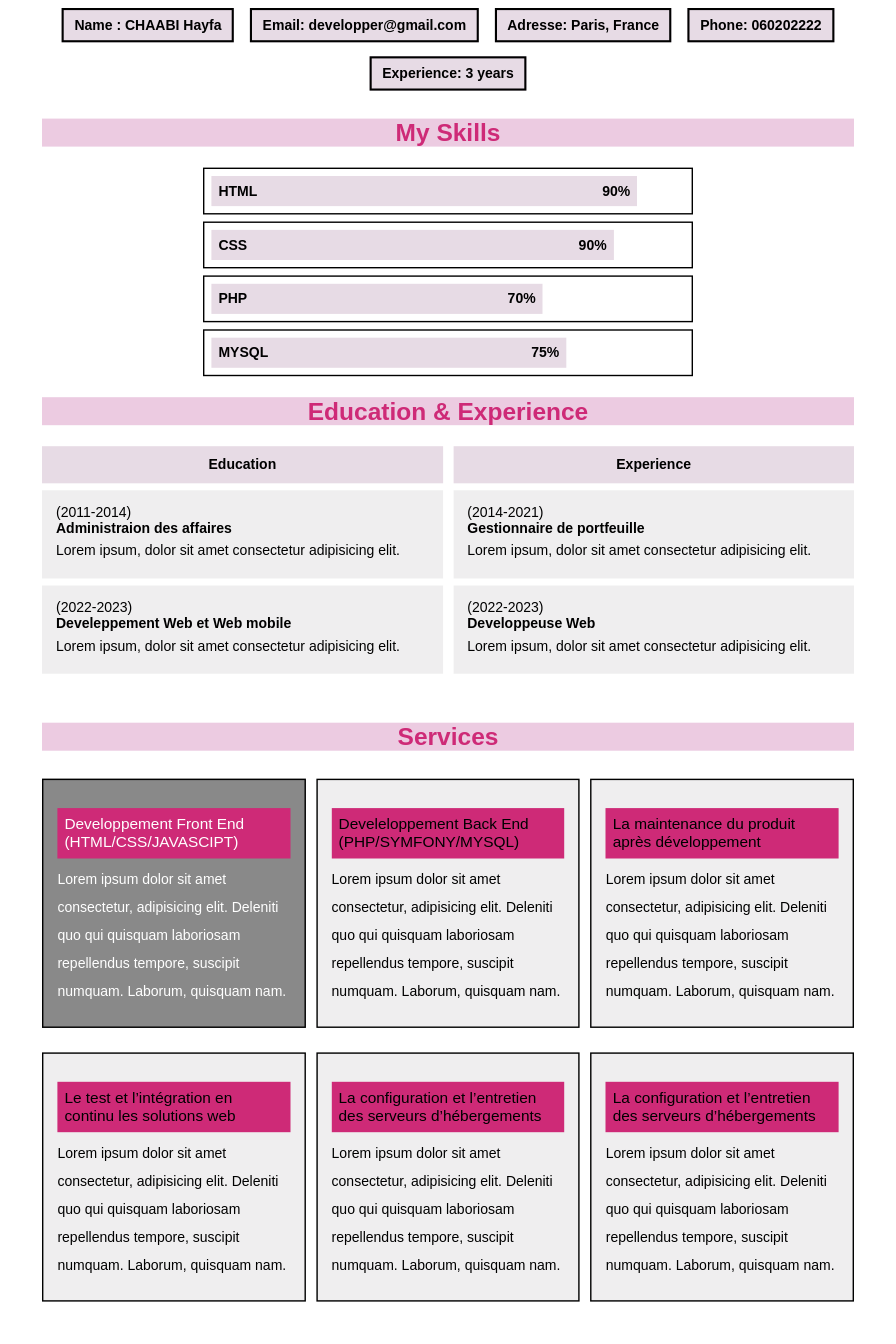
Repository: haifabilel/portfolio_project
Page: http://localhost/
An editor plug-in stored every save of this project. The page is shown before and after the next save, followed by the edit.
The browser window is 1280 px wide. The pictures show the part of the page from y = 758 to 2678 px (the page is 2678 px tall), at 70% of full size.
The pointer rests on the first visible `.services .box-container .box`.
Some web fonts or font styles are not loaded; a fallback is used. The page is run by PHP 8.4 with error messages shown; the project is at /var/www/html/.

Above is the page before, as saved 2023-09-17 14:38:52.

### index.php
<!DOCTYPE html>
<html lang="fr">
<head>
    <meta charset="UTF-8">
    <meta name="viewport" content="width=device-width, initial-scale=1.0">
    <title>Portfolio</title>
    <!-- Font awesome cdn -->
    <link rel="stylesheet" href="https://cdnjs.cloudflare.com/ajax/libs/font-awesome/6.4.2/css/all.min.css">
    <!-- css link -->
    <link rel="stylesheet" href="css/style.css"
</head>
<body>
<!-- Header Section Starts -->
<header class="header">
<div id="menu-btn" class="fas fa-bars"></div>

    <a href="#home" class="logo">
       <img src="asset/logo.png" class="logo" alt="image-logo">
    </a>
<nav class="navbar">
    <a href="#home"class="active">Home</a>
    <a href="#about">About me</a>
    <a href="#portfolio">portfolio</a>
    <a href="#contact">Contact me</a>
</nav>
<div class="follow">
<a href="#" class="fab fa-facebook"></a>
<a href="#" class="fab fa-twitter"></a>
<a href="#" class="fab fa-instagram"></a>
<a href="#" class="fab fa-linkedin"></a>
<a href="#" class="fab fa-github"></a>
</div>
</header>

<!-- Header Section Ends -->
<!-- Home Section Starts -->
<section class="home" id="home">
    <div class="image">
        <img src="asset/photo-femme.jpg" alt="photo-femme" class="image-profil" >
    </div>
 <div class="content">
    <h1>Welcome, i am hayfa</h1>
    <p class="developper">Web Developper</p>
    <p>Lorem, ipsum dolor sit amet consectetur adipisicing elit. Placeat in molestias fuga voluptatem qui reiciendis vero doloribus consequatur recusandae! Natus.</p>
    <a href="#about" class="btn">About me</a>
 </div>
</section>
<!-- Home Section Ends -->
<!-- about Section Starts -->
<section class="about"  id="about">
    <h2 class="myBio">Biography</h2>
    <div class="biography">
        <p>Lorem ipsum dolor sit amet consectetur adipisicing elit.
             Fugiat quas quis eius cupiditate ducimus ut id maxime sunt nobis magni? </p>
        <h3> Name : CHAABI Hayfa </h3>
        <h3> Email: developper@gmail.com </h3>
        <h3> Adresse: Paris, France </h3>
        <h3> Phone: 060202222 </h3>
        <h3> Experience: 3 years </h3>
    </div>
<div class="skills">
<h2 class="myskills">My Skills</h2>
<div class="progress">
    <div class="bar"><h3><span>HTML</span><span>90%</span></h3></div>
    <div class="bar"><h3><span>CSS</span><span>90%</span></h3></div>
    <div class="bar"><h3><span>PHP</span><span>70%</span></h3></div>
    <div class="bar"><h3><span>MYSQL</span><span>75%</span></h3></div>
</div>
</div>

<div class="education_experienes">
     <h2 class="myskills">Education & Experience</h2>
    <div class="row">
        <div class="box_container">
            <h3 class="titre">Education</h3>
            <div class="box">
                <span>(2011-2014)</span>
                <h4>Administraion des affaires</h4>
                <p>Lorem ipsum, dolor sit amet consectetur
                    adipisicing elit.</p>
            </div>

            <div class="box">
                <span>(2022-2023)</span>
                <h4>Develeppement Web et Web mobile</h4>
                <p>Lorem ipsum, dolor sit amet consectetur
                    adipisicing elit.</p>
            </div>
        </div>

        <div class="box_container">
            <h3 class="titre">Experience</h3>
            <div class="box">
                <span>(2014-2021)</span>
                <h4>Gestionnaire de portfeuille</h4>
                <p>Lorem ipsum, dolor sit amet consectetur
                    adipisicing elit.</p>
            </div>

            <div class="box">
                <span>(2022-2023)</span>
                <h4>Developpeuse Web</h4>
                <p>Lorem ipsum, dolor sit amet consectetur
                    adipisicing elit.</p>
            </div>
        </div>
    </div>
</div>
</section>
<!-- about Section Ends -->
<!-- Services Section starts -->
<section class="services" id="services">
<h2 class="myservice">Services</h2>
<div class="box-container">
    <div class="box">
        <h3>Developpement Front End (HTML/CSS/JAVASCIPT)</h3>
        <p>Lorem ipsum dolor sit amet consectetur, adipisicing elit. Deleniti quo qui quisquam laboriosam repellendus tempore,
            suscipit numquam. Laborum, quisquam nam.</p>
    </div>

    <div class="box">
        <h3>Develeloppement Back End (PHP/SYMFONY/MYSQL)</h3>
        <p>Lorem ipsum dolor sit amet consectetur, adipisicing elit. Deleniti quo qui quisquam laboriosam repellendus tempore,
            suscipit numquam. Laborum, quisquam nam.</p>
    </div>

    <div class="box">
        <h3>La maintenance du produit après développement</h3>
        <p>Lorem ipsum dolor sit amet consectetur, adipisicing elit. Deleniti quo qui quisquam laboriosam repellendus tempore,
            suscipit numquam. Laborum, quisquam nam.</p>
    </div>
    <div class="box">

        <h3>Le test et l’intégration en continu les solutions web</h3>
        <p>Lorem ipsum dolor sit amet consectetur, adipisicing elit. Deleniti quo qui quisquam laboriosam repellendus tempore,
            suscipit numquam. Laborum, quisquam nam.</p>
    </div>
    <div class="box">
        <h3>La configuration et l’entretien des serveurs d’hébergements</h3>
        <p>Lorem ipsum dolor sit amet consectetur, adipisicing elit. Deleniti quo qui quisquam laboriosam repellendus tempore,
            suscipit numquam. Laborum, quisquam nam.</p>
    </div>
    <div class="box">
        <h3>La configuration et l’entretien des serveurs d’hébergements</h3>
        <p>Lorem ipsum dolor sit amet consectetur, adipisicing elit. Deleniti quo qui quisquam laboriosam repellendus tempore,
            suscipit numquam. Laborum, quisquam nam.</p>
    </div>
</div>
</section>



<!-- Services Section ends -->











<script src="js/script.js"></script>
</body>
</html>

### css/style.css
@import url('https://fonts.googleapis.com/css2?family=Crimson+Text:wght@400;600&family=EB+Garamond:wght@400;500;600&family=Lora:ital@1&family=Nanum+Myeongjo:wght@400;700;800&family=Poppins:ital,wght@1,200;1,300;1,400;1,500&display=swap');
:root{
    --black:#000;
    -white:#fff;
    --pinkLight:#ce2a77;
    --pink:#8e6787;
    --light-bg:#eccbe1;
    --light-bg2:#dccad8ab;
    --border-bold:.4rem solid var(--pink);
    --box--shadow:7px 6px 5px 0px rgba(0,0,0,0.4);
}
*{
    font-family: 'EB Garamond', 'Arial',' sans-serif';
    margin: 0;
    padding:0;
    box-sizing: border-box;
    outline:none;
    border:none;
    text-decoration:none;

}
*{
    background-color: var(--white);

}
*::-webkit-scrollbar{
    height:.5rem;
    width:1rem;
   }
*::-webkit-scrollbar-track{
    background-color: transparent;
}
*::-webkit-scrollbar-thumb{
    background-color: var(--pink);
}
html{
    font-size:62.5%;
    overflow-x: hidden;
    scroll-behavior: smooth;
}
section{
    padding:3rem 2rem;
    margin:0 auto;
    max-width:1200px;
    text-align: center;

}
body{
margin: 20px;
 overflow: hidden;
 transition:.2s linear !important;
 text-align: center;
}
body.active{
  padding-left:35rem;
}

/* <!-- Body Section Ends --> */
/* <!-- Header Section Starts --> */
.header{
    position:fixed;
    top:0;left:-35rem;
    height:100vh;
    background-color:var(--white);
    border-right:var(--border-bold);
    width:35rem;
    padding:3rem 2rem;
    text-align:center;
    display: flex;
    align-items: center;
    justify-content: space-between;
    flex-flow: column;
    transition:.2s linear !important;
    text-align: center;

}
header .navbar{
    width: 100%;


}
header .navbar a{
    text-decoration: none;
    font-size: 2.5rem;
    padding:1.5rem;
    margin:3rem;
    display:block;

}
header .navbar a.active,
header .navbar a:hover{
 background-color: #f0aae46b;
 transform: scale(1.2);
}
.header .follow a{
    font-size:2.5rem;
    margin:0 1rem;
    color:#8a427d;
}
.header .follow a:hover{
    transform: scale(2.1);
}
#menu-btn{
   position: absolute;
   top:0; right:-5.5rem;
   height:4.5rem;
   line-height: 4.5rem;
   width:5rem;
   font-size: 3rem;
   cursor: pointer;
   color: var(--white);
}
.logo{
    margin-top: -30px;
    height: 190px;
}
header.active{
   left:0;
}
/* Header Section Ends */
 /* Home Section Starts  */
.home{
    margin-top:-70px;
    margin-bottom: -50px;
    display:flex;
    align-items: center;
    flex-wrap:wrap;
    gap:2rem;
    min-height: 100vh;
}
h1{
    font-size: 5rem;
    text-transform:capitalize;
}

.developper{
    color:#8a427d;
    font-size: 4rem;
}
p{
    font-size: 2rem;
}
.home .image img{
    height:45rem;
    padding:1rem;
    margin:30px;
    border :5px solid black;

}
.home .image{
    flex:1 1 40rem;
}
.home .content{
    flex:1 1 40rem;
}
.btn{
    display: inline-block;
    margin-top:1rem ;
    cursor: pointer;
    padding:1rem 3rem;
    background-color: #8a427d;
    color:#fff;
    border-radius: 5px;
    font-size: 2.5rem;
}
.btn:hover{
    transform: scale(1.1);
    transition: 0.5s;
}
/* Home Section Ends */
/* About section starts */
h2{

    margin-bottom:3rem;
    text-align: center;
    font-size: 3.5rem;
    color: var(--pinkLight);
    background-color: var(--light-bg);

}
h3{
    font-size: 2rem;
}
.biography p{
    margin:1rem auto;
    max-width:70rem;
    line-height:1.5rem;
    font-size:1.7rem;
    font-size: large;
}
.biography{
    margin-top: 1rem;
}
.biography h3{
    padding:1rem 1.5rem;
    display: inline-block;
    margin:1rem;
    background-color:var(--light-bg2);
    word-break:break-all;
    font-size:2rem;
    border:3px solid var(--black);
}
/* My Skills part starts */
.about .skills{
    margin:3rem 0;

}
.skills .progress{
  margin-top: 1rem;
}
.skills .progress .bar{
margin:1rem auto;
max-width: 70rem;
border:2px solid black;
padding:1rem;


}
.bar span{
 font-size: 2rem;
}
.skills .progress .bar h3{
    display: flex;
    align-items: center;
    justify-content: space-between;
    background-color: var(--light-bg2);
    padding: 1rem;
}
.skills .progress .bar:nth-child(1) h3{
   width:90%;
}
.skills .progress .bar:nth-child(2) h3{
    width:85%;
 }
 .skills .progress .bar:nth-child(3) h3{
    width:70%;
 }
 .skills .progress .bar:nth-child(4) h3{
    width:75%;
 }
 /* My Skills part ends */
 /* Education & Experience part starts */
 .education_experienes .row{
    display:flex;
    flex-wrap: wrap;
    gap:1.5rem;
 }
 .row .box_container{
   flex:1 1 40rem;
 }
 .box{
    text-align: left;
    margin:1rem 0;
    padding:2rem;
    background-color: #a9a4a92f;

 }
 .titre{
    padding: 1.5rem;
    font-size:2rem;
    background-color:var(--light-bg2);
 }
 .box h4{
    font-size:2rem;
 }
 .box span{
    font-size:2rem;
 }
/* About section ends */
/* Section SServices starts */
.services .box-container{
    display:grid;
    grid-template-columns: repeat(auto-fit, minmax(30rem,1fr));
    gap:1.5rem;
    align-items:flex-start;
}
.services .box-container .box{
 padding: 3rem 2rem;
 border: 2px solid black;
}
.services .box-container .box:hover{
    background-color: #00000076;
    color: white;
    box-shadow: var(--);
}

.box h3{
    margin:1rem 0;
    font-size:2.2rem;
    padding:1rem;
    background-color: var(--pinkLight);
    font-weight: normal;
}
.box p{
    line-height:2 ;
    font-size:2rem;
}

/* Section SServices ends */







/* media queries */
@media screen and (max-widht:991px){
    html{
        font-size: 55%;
    }
    body .active{
        padding-left: 0;
    }

}

@media screen and (max-widht:450px){

    html{
        font-size: 50%;
    }
    .header.active{
        padding-top:7rem;
    }
    #menu-btn.fa-times{
        right:0;
    }
    .home .image img{
     height:auto;
     width:100%;

    }

    .content h1{
        font-size:2rem;
    }
     h2{
        font-size: 1rem;
        margin-top:50px;
    }
   }

### js/script.js
let menu = document.querySelector('#menu-btn');
let header = document.querySelector('.header');

// Button toggle
menu.onclick = () =>{
   menu.classList.toggle('fa-times');
   header.classList.toggle('active');
   document.body.classList.toggle('active');
}

window.onscroll = () =>{
    if(window.innerWidth < 991){
        menu.classList.remove('fa-times');
        header.classList.remove('active') ;
        document.body.classList.remove('active');
    }
}

After the next save:
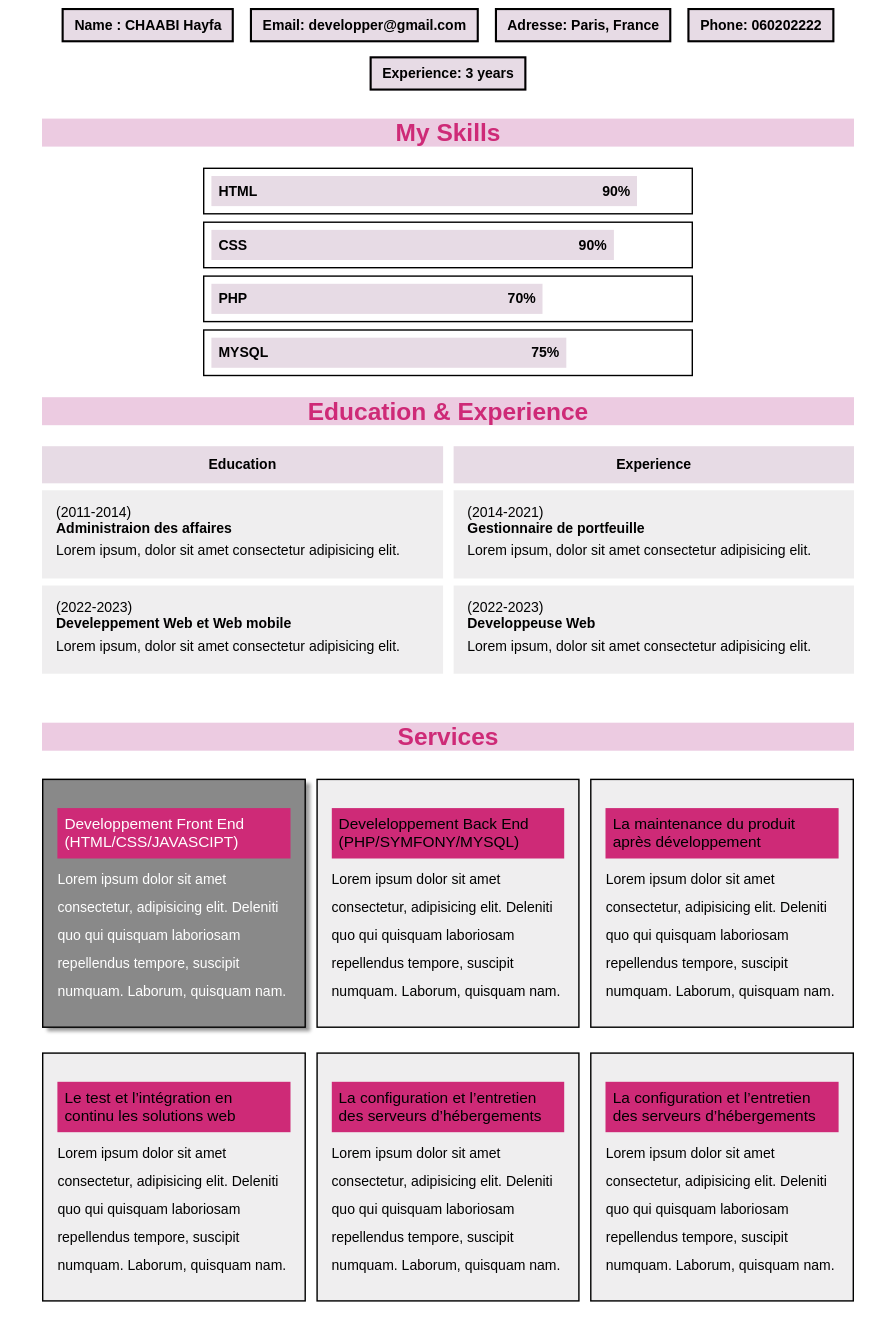
Saved 4 s later.
--- a/css/style.css
+++ b/css/style.css
@@ -281,7 +281,7 @@ padding:1rem;
 .services .box-container .box:hover{
     background-color: #00000076;
     color: white;
-    box-shadow: var(--);
+    box-shadow: var(--box--shadow);
 }
 
 .box h3{
